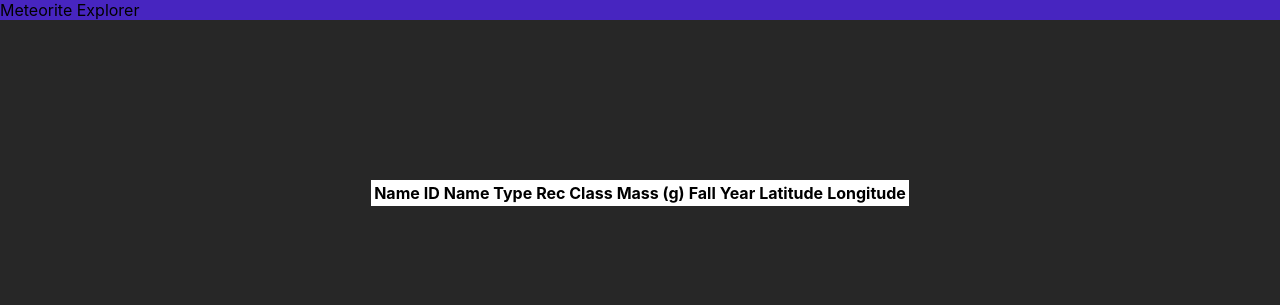
Repository: Tsardines/meteorite-explorer
Page: / (app in meteorite-explorer/)
An editor plug-in stored every save of this project. The page is shown before and after the next save, followed by the edit.
The browser window is 1280 px wide. The pictures show the whole page.
The page's requests for data from a server got no answer. The project was rebuilt for these pictures with package versions that can differ from the ones it lists, and the page was loaded fresh each time. No one was signed in, and anything a server would have sent is missing.

Above is the page before, as saved 2019-05-27 16:40:48.

After the next save:
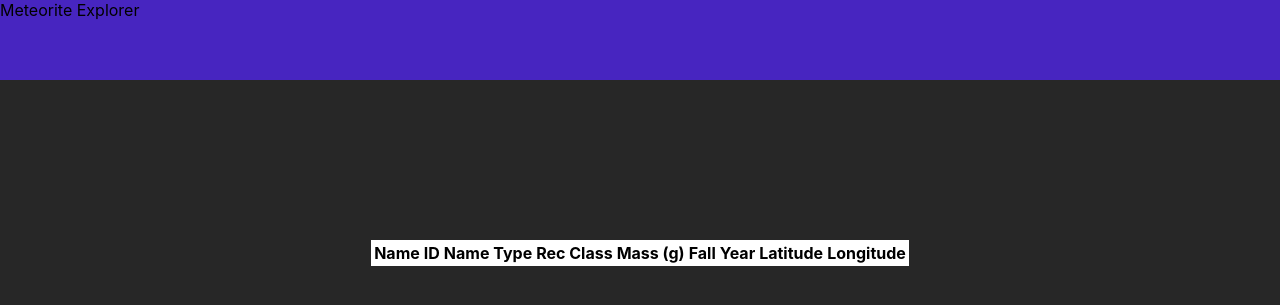
Saved 11 s later.
--- a/meteorite-explorer/src/App.css
+++ b/meteorite-explorer/src/App.css
@@ -4,6 +4,7 @@ body {
 
 .header {
   background-color: rgb(71, 37, 192);
+  height: 5rem;
 }
 
 .wrapper {
